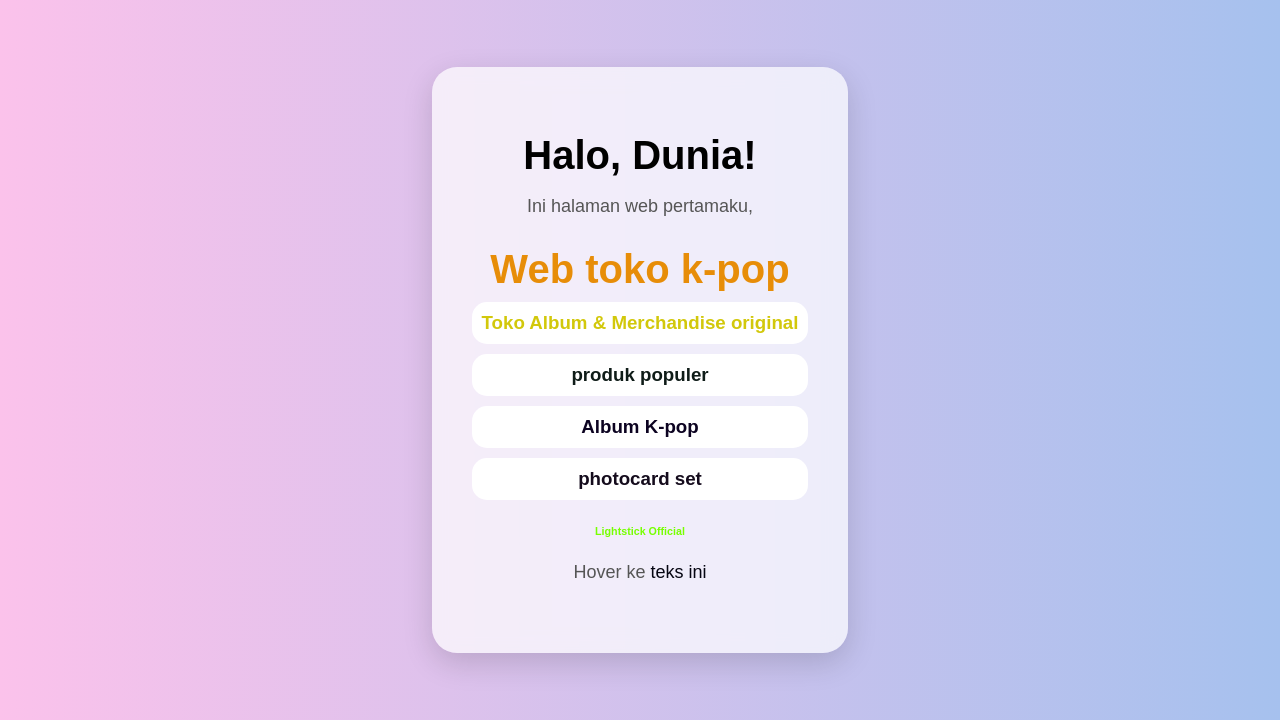
Repository: sekartazivi/241552010020-Web-Application-Development
Page: test.html
An editor plug-in stored every save of this project. The page is shown before and after the next save, followed by the edit.
The browser window is 1280 px wide. The pictures show the whole page.

Above is the page before, as saved 2026-02-20 09:24:10.

### test.html
<!DOCTYPE html>
<html lang="en">
<head>
    <meta charset="UTF-8">
    <meta name="viewport" content="width=device-width, initial-scale=<,>">
    <title> web toko kpop</title>

            <style>
    body {
        margin: 0;
            padding: 0;
            font-family: 'Poppins', sans-serif;
            background: linear-gradient(to right, #fbc2eb, #a6c1ee);
            display: flex;
            justify-content: center;
            align-items: center;
            height: 100vh;
    }

    .container {
            background: rgba(255, 255, 255, 0.7);
            padding: 40px;
            border-radius: 25px;
            box-shadow: 0 10px 30px rgba(0, 0, 0, 0.15);
            text-align: center;
            backdrop-filter: blur(10px);
    }

    h1 {
            color: #6a0572;
            font-size: 40px;
            margin-bottom: 10px;
    }

    p {
            color: #555;
            font-size: 18px;
            margin-bottom: 30px;
    }

    h3 {
            background-color: #ffffff;
            color: #4b0082;
            padding: 10px;
            border-radius: 15px;
            margin: 10px 0;
            transition: 0.3s;
    }

    h3:hover {
            transform: scale(1.05);
            background-color: #ffe0f7;
    }
    </style>
</head>

<body>
    <div class="container">

</head>
<body>
    <h1 style="color: black;">Halo, Dunia!</h1>
    <p>Ini halaman web pertamaku,</p>
    <h1 style="color: rgb(231, 141, 8);">Web toko k-pop</h1>
    <h3 style="color: rgb(210, 200, 11);">Toko Album & Merchandise original</h3>
    <h3 style="color: rgb(15, 28, 24);" >produk populer</h3>
    <h3 style="color: rgb(12, 3, 33);" >Album K-pop</h3>
    <h3 style="color: rgb(20, 11, 28);">photocard set</h5>
    <h6 style="color: rgb(119, 255, 0);">Lightstick Official</h6>
<style>
.tooltip {
  position: relative;
  cursor: pointer;
  color: rgb(5, 5, 17);
}

.tooltip-text {
  visibility: hidden;
  background-color: black;
  color: white;
  padding: 5px 8px;
  border-radius: 4px;
  position: absolute;
  bottom: 125%;
  left: 0;
  white-space: nowrap;
}

.tooltip:hover .tooltip-text {
  visibility: visible;
}
</style>

<p>
  Hover ke
  <span class="tooltip">
    teks ini
    <span class="tooltip-text">Ini tooltip custom</span>
  </span>
</p>


</body>
</html>

After the next save:
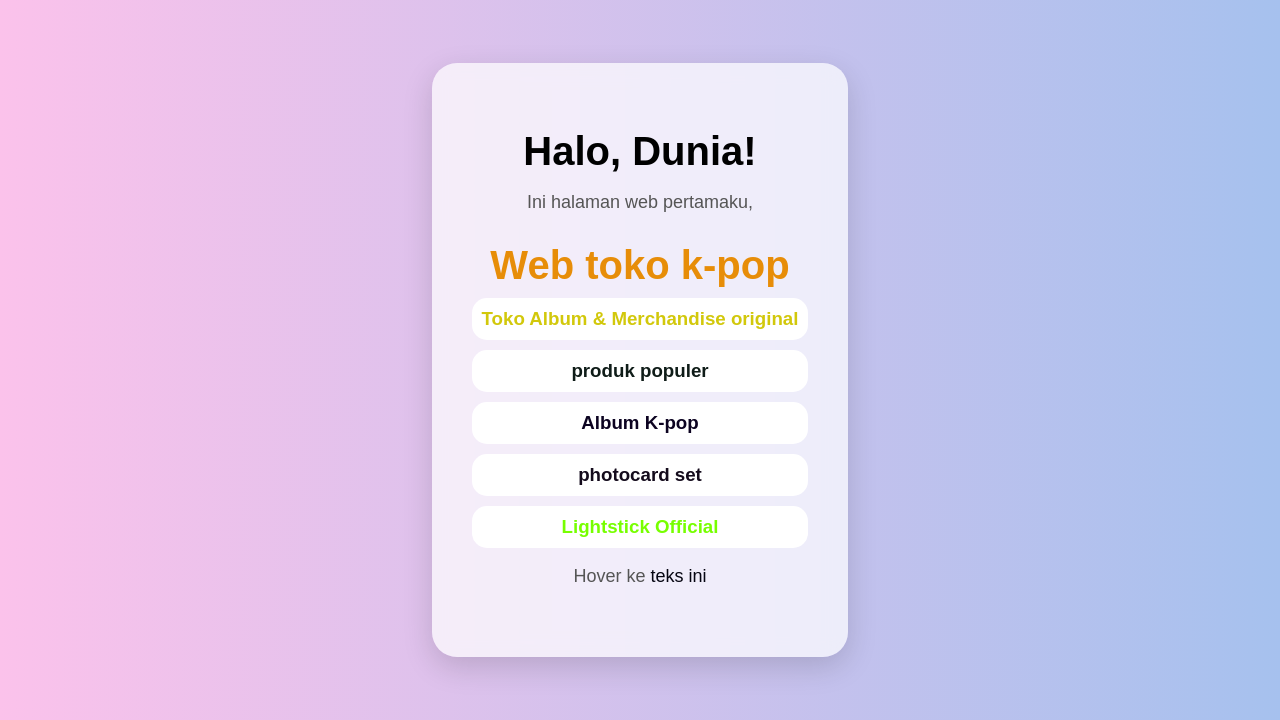
Saved 5 s later.
--- a/test.html
+++ b/test.html
@@ -66,7 +66,7 @@
     <h3 style="color: rgb(15, 28, 24);" >produk populer</h3>
     <h3 style="color: rgb(12, 3, 33);" >Album K-pop</h3>
     <h3 style="color: rgb(20, 11, 28);">photocard set</h5>
-    <h6 style="color: rgb(119, 255, 0);">Lightstick Official</h6>
+    <h3 style="color: rgb(119, 255, 0);">Lightstick Official</h6>
 <style>
 .tooltip {
   position: relative;
